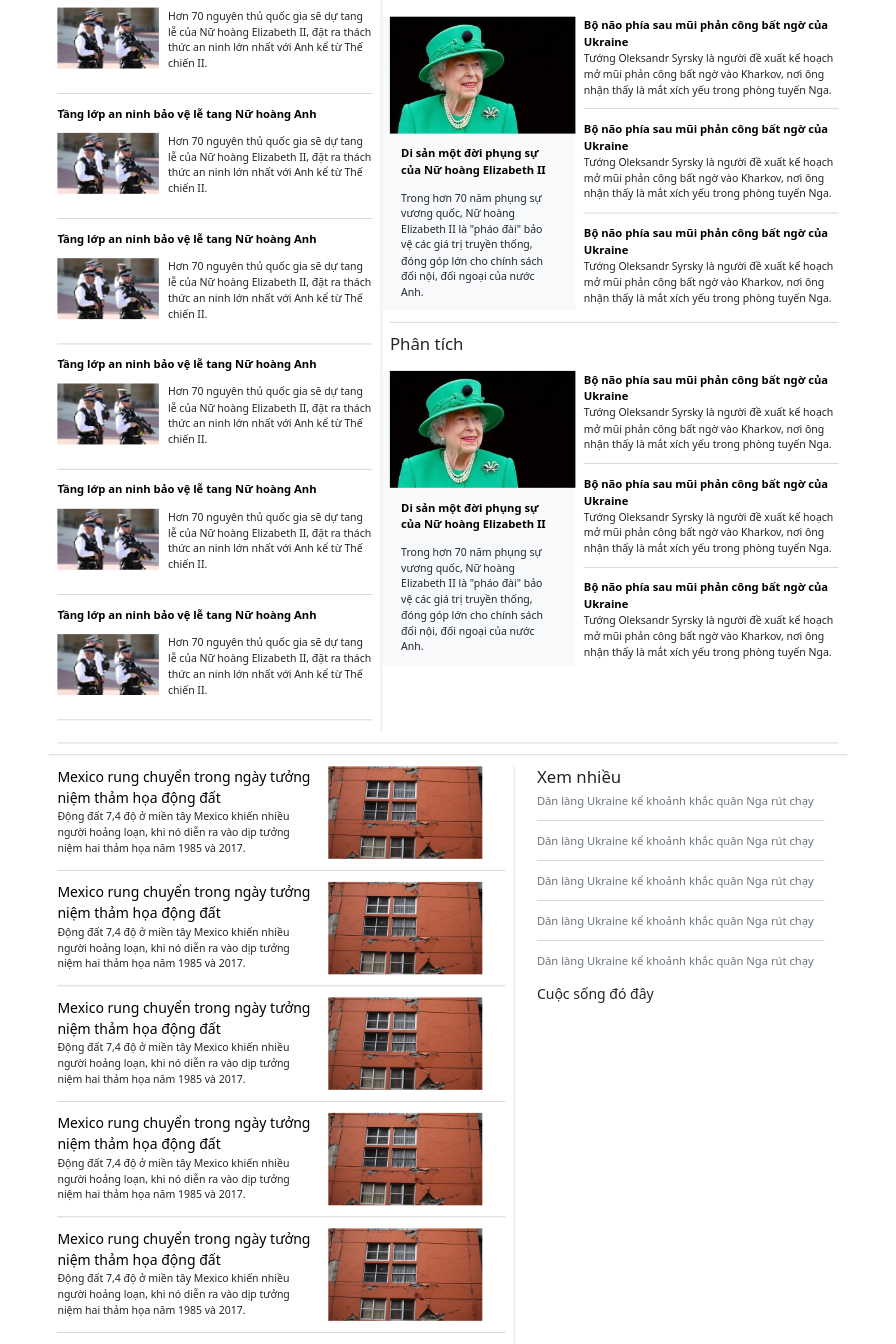
Repository: trongtamdev/lession1_html_sleepcloud
Page: vnExpress.html
The author's editor kept a copy of each file at every save. The page is drawn from the files as they stood at one save, then again after the next save.
The browser window is 1280 px wide. The pictures show the part of the page from y = 707 to 2627 px (the page is 2627 px tall), at 70% of full size.

Above is the page before, as saved 2022-09-20 15:32:39.

### vnExpress.html
<!DOCTYPE html>
<html lang="en">
  <head>
    <meta charset="UTF-8" />
    <meta http-equiv="X-UA-Compatible" content="IE=edge" />
    <meta name="viewport" content="width=device-width, initial-scale=1.0" />
    <title>VNExpress</title>
    <link href="./styles/bootstrap.css" rel="stylesheet" />
    <link href="./styles/main.css" rel="stylesheet" />
  </head>
  <body>
    <div class="container">
      <div class="row">
        <div class="col-lg-8 mt-3">
          <div class="row bg-light">
            <div class="col-8">
              <img
                class="img-fluid"
                src="./assets/vnEpressImage/spotlight.jpg"
                alt="img-spotlight"
              />
            </div>
            <div class="col-4 mt-3">
              <h4><b>Tầng lớp an ninh bảo vệ lễ tang Nữ hoàng Anh</b></h4>
              <div class="mb-3">
                Hơn 70 nguyên thủ quốc gia sẽ dự tang lễ của Nữ hoàng Elizabeth
                II, đặt ra thách thức an ninh lớn nhất với Anh kể từ Thế chiến
                II.
              </div>
              <span class="text-muted">1' trước</span>
              <span class="text-muted mx-2">Thế giới</span>
            </div>
          </div>
          <hr />
          <div class="row">
            <div class="col-4">
              <a class="title-post" href="#">
                <b>
                  Điện Kremlin nói Nga - Trung không tìm cách kiểm soát thế
                  giới</b
                >
              </a>
              <div>
                Điện Kremlin cho rằng Nga, Trung Quốc không tìm cách kiểm soát
                thế giới "như những nước khác" và tố Mỹ là nguồn cơn của các
                hành động khiêu khích.
              </div>
            </div>
            <div class="col-4">
              <a class="title-post" href="#">
                <b> Ukraine tuyên bố chọc thủng phòng tuyến ven sông của Nga</b>
              </a>
              <div>
                Quân đội Ukraine tuyên bố các binh sĩ đã vượt sông Oskil đoạn
                chảy qua tỉnh Kharkov và phá vỡ phòng tuyến của lực lượng Nga.
              </div>
            </div>
            <div class="col-4">
              <a class="title-post" href="#">
                <b> Khoảnh khắc căn phòng đổ sập trong động đất Đài Loan</b>
              </a>
              <div>
                Phòng chơi cầu lông ở phía bắc Đài Loan rung lắc dữ dội và đổ
                sập trong lúc trận động đất mạnh 6,8 độ tấn công hòn đảo.
              </div>
            </div>
          </div>
          <hr />
          <div class="">
            <span class="text-muted">Chủ đề</span>
            <a class="ms-4 title-link" href="#"
              >Nữ hoàng Anh Elizabeth II qua đời</a
            >
          </div>
          <hr />
        </div>
        <!--END: LEFT SIDE 8 SPOTLIGHT-->

        <div class="col-lg-4 mt-3">
          <div class="row mt-3">
            <div class="col-7">
              <div>Alcaraz đưa Tây Ban Nha vào tứ kết Davis Cup Finals</div>
            </div>
            <div class="col-5">
              <img class="img" src="./assets/vnEpressImage/side-picture.jpg" />
            </div>
          </div>
          <hr />
          <div class="row mt-3">
            <div class="col-7">
              <div>Alcaraz đưa Tây Ban Nha vào tứ kết Davis Cup Finals</div>
            </div>
            <div class="col-5">
              <img class="img" src="./assets/vnEpressImage/side-picture.jpg" />
            </div>
          </div>
          <hr />
          <div class="row mt-3">
            <div class="col-7">
              <div>Alcaraz đưa Tây Ban Nha vào tứ kết Davis Cup Finals</div>
            </div>
            <div class="col-5">
              <img class="img" src="./assets/vnEpressImage/side-picture.jpg" />
            </div>
          </div>
          <hr />
          <div class="row mt-3">
            <div class="col-7">
              <div>Alcaraz đưa Tây Ban Nha vào tứ kết Davis Cup Finals</div>
            </div>
            <div class="col-5">
              <img class="img" src="./assets/vnEpressImage/side-picture.jpg" />
            </div>
          </div>
          <hr />
          <div class="row mt-3">
            <div class="col-7">
              <div>Alcaraz đưa Tây Ban Nha vào tứ kết Davis Cup Finals</div>
            </div>
            <div class="col-5">
              <img class="img" src="./assets/vnEpressImage/side-picture.jpg" />
            </div>
          </div>
          <hr />
          <div class="row mt-3">
            <div class="col-7">
              <div>Alcaraz đưa Tây Ban Nha vào tứ kết Davis Cup Finals</div>
            </div>
            <div class="col-5">
              <img class="img" src="./assets/vnEpressImage/side-picture.jpg" />
            </div>
          </div>
          <hr />
        </div>
        <!--END: RIGHT SIDE 4-->
      </div>
      <!-- END: Spotlight-->
      <div class="row mt-3">
        <div class="col-lg-5 border-right">
          <div class="row">
            <a class="title-post mb-3" href="#">
              <b>Tầng lớp an ninh bảo vệ lễ tang Nữ hoàng Anh</b>
            </a>
            <div class="col-4">
              <img class="img-side" src="./assets/vnEpressImage/side.jpg" />
            </div>
            <div class="col-8">
              <div>
                <p class="side-text">
                  Hơn 70 nguyên thủ quốc gia sẽ dự tang lễ của Nữ hoàng
                  Elizabeth II, đặt ra thách thức an ninh lớn nhất với Anh kể từ
                  Thế chiến II.
                </p>
              </div>
            </div>
          </div>
          <hr />
          <div class="row">
            <a class="title-post mb-3" href="#">
              <b>Tầng lớp an ninh bảo vệ lễ tang Nữ hoàng Anh</b>
            </a>
            <div class="col-4">
              <img class="img-side" src="./assets/vnEpressImage/side.jpg" />
            </div>
            <div class="col-8">
              <div>
                <p class="side-text">
                  Hơn 70 nguyên thủ quốc gia sẽ dự tang lễ của Nữ hoàng
                  Elizabeth II, đặt ra thách thức an ninh lớn nhất với Anh kể từ
                  Thế chiến II.
                </p>
              </div>
            </div>
          </div>
          <hr />
          <div class="row">
            <a class="title-post mb-3" href="#">
              <b>Tầng lớp an ninh bảo vệ lễ tang Nữ hoàng Anh</b>
            </a>
            <div class="col-4">
              <img class="img-side" src="./assets/vnEpressImage/side.jpg" />
            </div>
            <div class="col-8">
              <div>
                <p class="side-text">
                  Hơn 70 nguyên thủ quốc gia sẽ dự tang lễ của Nữ hoàng
                  Elizabeth II, đặt ra thách thức an ninh lớn nhất với Anh kể từ
                  Thế chiến II.
                </p>
              </div>
            </div>
          </div>
          <hr />
          <div class="row">
            <a class="title-post mb-3" href="#">
              <b>Tầng lớp an ninh bảo vệ lễ tang Nữ hoàng Anh</b>
            </a>
            <div class="col-4">
              <img class="img-side" src="./assets/vnEpressImage/side.jpg" />
            </div>
            <div class="col-8">
              <div>
                <p class="side-text">
                  Hơn 70 nguyên thủ quốc gia sẽ dự tang lễ của Nữ hoàng
                  Elizabeth II, đặt ra thách thức an ninh lớn nhất với Anh kể từ
                  Thế chiến II.
                </p>
              </div>
            </div>
          </div>
          <hr />
          <div class="row">
            <a class="title-post mb-3" href="#">
              <b>Tầng lớp an ninh bảo vệ lễ tang Nữ hoàng Anh</b>
            </a>
            <div class="col-4">
              <img class="img-side" src="./assets/vnEpressImage/side.jpg" />
            </div>
            <div class="col-8">
              <div>
                <p class="side-text">
                  Hơn 70 nguyên thủ quốc gia sẽ dự tang lễ của Nữ hoàng
                  Elizabeth II, đặt ra thách thức an ninh lớn nhất với Anh kể từ
                  Thế chiến II.
                </p>
              </div>
            </div>
          </div>
          <hr />
          <div class="row">
            <a class="title-post mb-3" href="#">
              <b>Tầng lớp an ninh bảo vệ lễ tang Nữ hoàng Anh</b>
            </a>
            <div class="col-4">
              <img class="img-side" src="./assets/vnEpressImage/side.jpg" />
            </div>
            <div class="col-8">
              <div>
                <p class="side-text">
                  Hơn 70 nguyên thủ quốc gia sẽ dự tang lễ của Nữ hoàng
                  Elizabeth II, đặt ra thách thức an ninh lớn nhất với Anh kể từ
                  Thế chiến II.
                </p>
              </div>
            </div>
          </div>
          <hr />
        </div>
        <!--END: SIDE CONTENT 5-->
        <div class="col-lg-7">
          <div class="row">
            <h4>Tư liệu</h4>
            <div class="col-5 bg-light mt-3">
              <img class="img-title" src="./assets/vnEpressImage/content.jpg" />

              <div class="px-3 py-3">
                <a class="title-post" href="#">
                  <b>Di sản một đời phụng sự của Nữ hoàng Elizabeth II</b>
                </a>
                <div class="side-text mt-3">
                  Trong hơn 70 năm phụng sự vương quốc, Nữ hoàng Elizabeth II là
                  "pháo đài" bảo vệ các giá trị truyền thống, đóng góp lớn cho
                  chính sách đối nội, đối ngoại của nước Anh.
                </div>
              </div>
            </div>
            <div class="col-7 mt-3">
              <div class="row">
                <a class="title-post" href="#">
                  <b>Bộ não phía sau mũi phản công bất ngờ của Ukraine</b>
                </a>
                <div class="side-text">
                  Tướng Oleksandr Syrsky là người đề xuất kế hoạch mở mũi phản
                  công bất ngờ vào Kharkov, nơi ông nhận thấy là mắt xích yếu
                  trong phòng tuyến Nga.
                </div>
              </div>
              <hr />
              <div class="row">
                <a class="title-post" href="#">
                  <b>Bộ não phía sau mũi phản công bất ngờ của Ukraine</b>
                </a>
                <div class="side-text">
                  Tướng Oleksandr Syrsky là người đề xuất kế hoạch mở mũi phản
                  công bất ngờ vào Kharkov, nơi ông nhận thấy là mắt xích yếu
                  trong phòng tuyến Nga.
                </div>
              </div>
              <hr />
              <div class="row">
                <a class="title-post" href="#">
                  <b>Bộ não phía sau mũi phản công bất ngờ của Ukraine</b>
                </a>
                <div class="side-text">
                  Tướng Oleksandr Syrsky là người đề xuất kế hoạch mở mũi phản
                  công bất ngờ vào Kharkov, nơi ông nhận thấy là mắt xích yếu
                  trong phòng tuyến Nga.
                </div>
              </div>
            </div>
          </div>
          <hr />
          <div class="row">
            <h4>Phân tích</h4>
            <div class="col-5 bg-light mt-3">
              <img class="img-title" src="./assets/vnEpressImage/content.jpg" />

              <div class="px-3 py-3">
                <a class="title-post" href="#">
                  <b>Di sản một đời phụng sự của Nữ hoàng Elizabeth II</b>
                </a>
                <div class="side-text mt-3">
                  Trong hơn 70 năm phụng sự vương quốc, Nữ hoàng Elizabeth II là
                  "pháo đài" bảo vệ các giá trị truyền thống, đóng góp lớn cho
                  chính sách đối nội, đối ngoại của nước Anh.
                </div>
              </div>
            </div>
            <div class="col-7 mt-3">
              <div class="row">
                <a class="title-post" href="#">
                  <b>Bộ não phía sau mũi phản công bất ngờ của Ukraine</b>
                </a>
                <div class="side-text">
                  Tướng Oleksandr Syrsky là người đề xuất kế hoạch mở mũi phản
                  công bất ngờ vào Kharkov, nơi ông nhận thấy là mắt xích yếu
                  trong phòng tuyến Nga.
                </div>
              </div>
              <hr />
              <div class="row">
                <a class="title-post" href="#">
                  <b>Bộ não phía sau mũi phản công bất ngờ của Ukraine</b>
                </a>
                <div class="side-text">
                  Tướng Oleksandr Syrsky là người đề xuất kế hoạch mở mũi phản
                  công bất ngờ vào Kharkov, nơi ông nhận thấy là mắt xích yếu
                  trong phòng tuyến Nga.
                </div>
              </div>
              <hr />
              <div class="row">
                <a class="title-post" href="#">
                  <b>Bộ não phía sau mũi phản công bất ngờ của Ukraine</b>
                </a>
                <div class="side-text">
                  Tướng Oleksandr Syrsky là người đề xuất kế hoạch mở mũi phản
                  công bất ngờ vào Kharkov, nơi ông nhận thấy là mắt xích yếu
                  trong phòng tuyến Nga.
                </div>
              </div>
            </div>
          </div>
        </div>
        <!--END: CONTENT 7-->
      </div>
      <hr />
      <div class="row mt-3">
        <hr />
        <div class="col-lg-7 border-right">
          <div class="row">
            <div class="col-7">
              <a class="title-content" href="#"
                >Mexico rung chuyển trong ngày tưởng niệm thảm họa động đất</a
              >
              <div class="side-text">
                Động đất 7,4 độ ở miền tây Mexico khiến nhiều người hoảng loạn,
                khi nó diễn ra vào dịp tưởng niệm hai thảm họa năm 1985 và 2017.
              </div>
            </div>
            <div class="col-5">
              <img
                class="img-content"
                src="./assets/vnEpressImage/content-medium.jpg"
              />
            </div>
          </div>
          <hr />

          <div class="row">
            <div class="col-7">
              <a class="title-content" href="#"
                >Mexico rung chuyển trong ngày tưởng niệm thảm họa động đất</a
              >
              <div class="side-text">
                Động đất 7,4 độ ở miền tây Mexico khiến nhiều người hoảng loạn,
                khi nó diễn ra vào dịp tưởng niệm hai thảm họa năm 1985 và 2017.
              </div>
            </div>
            <div class="col-5">
              <img
                class="img-content"
                src="./assets/vnEpressImage/content-medium.jpg"
              />
            </div>
          </div>
          <hr />

          <div class="row">
            <div class="col-7">
              <a class="title-content" href="#"
                >Mexico rung chuyển trong ngày tưởng niệm thảm họa động đất</a
              >
              <div class="side-text">
                Động đất 7,4 độ ở miền tây Mexico khiến nhiều người hoảng loạn,
                khi nó diễn ra vào dịp tưởng niệm hai thảm họa năm 1985 và 2017.
              </div>
            </div>
            <div class="col-5">
              <img
                class="img-content"
                src="./assets/vnEpressImage/content-medium.jpg"
              />
            </div>
          </div>
          <hr />

          <div class="row">
            <div class="col-7">
              <a class="title-content" href="#"
                >Mexico rung chuyển trong ngày tưởng niệm thảm họa động đất</a
              >
              <div class="side-text">
                Động đất 7,4 độ ở miền tây Mexico khiến nhiều người hoảng loạn,
                khi nó diễn ra vào dịp tưởng niệm hai thảm họa năm 1985 và 2017.
              </div>
            </div>
            <div class="col-5">
              <img
                class="img-content"
                src="./assets/vnEpressImage/content-medium.jpg"
              />
            </div>
          </div>
          <hr />

          <div class="row">
            <div class="col-7">
              <a class="title-content" href="#"
                >Mexico rung chuyển trong ngày tưởng niệm thảm họa động đất</a
              >
              <div class="side-text">
                Động đất 7,4 độ ở miền tây Mexico khiến nhiều người hoảng loạn,
                khi nó diễn ra vào dịp tưởng niệm hai thảm họa năm 1985 và 2017.
              </div>
            </div>
            <div class="col-5">
              <img
                class="img-content"
                src="./assets/vnEpressImage/content-medium.jpg"
              />
            </div>
          </div>
          <hr />
        </div>
        <!--END: CONTENT LIST 7-->
        <div class="col-lg-5">
          <div class="row mx-2">
            <div class="">
              <h4>Xem nhiều</h4>
              <div class="my-2">
                <a class="text-muted" href="#"
                  >Dân làng Ukraine kể khoảnh khắc quân Nga rút chạy
                </a>
                <hr />
              </div>

              <div class="my-2">
                <a class="text-muted" href="#"
                  >Dân làng Ukraine kể khoảnh khắc quân Nga rút chạy
                </a>
                <hr />
              </div>

              <div class="my-2">
                <a class="text-muted" href="#"
                  >Dân làng Ukraine kể khoảnh khắc quân Nga rút chạy
                </a>
                <hr />
              </div>

              <div class="my-2">
                <a class="text-muted" href="#"
                  >Dân làng Ukraine kể khoảnh khắc quân Nga rút chạy
                </a>
                <hr />
              </div>

              <div class="my-2">
                <a class="text-muted" href="#"
                  >Dân làng Ukraine kể khoảnh khắc quân Nga rút chạy
                </a>
              </div>
            </div>

            <div class="mt-3">
              <h5>Cuộc sống đó đây</h5>
            </div>
          </div>
        </div>
        <!--END: CONTENT LIST SIDE 5-->
      </div>
    </div>
  </body>
</html>

### styles/main.css
.bg-blue {
    background: rgb(63,94,251);
}
.bg-gradient-blue {
    background: rgb(63,94,251);
    background: radial-gradient(circle, rgba(63,94,251,1) 0%, rgba(252,70,107,1) 100%);
}
.card-header.bg-blue {
    color: #fff;
    font-weight: bold;
}

.banner {
    background-color: #ddd;
    height: 320px;
}

img.img-frame {
    height: auto;
}
img.img-frame.small {
    width: 100px;
}
img.img-frame.bigsize {
    width: 400px;
}



/* VNExpress */
.img{
    width: 100px;
    height: 60px;

    object-fit: cover;
}

.img-side{
    width: 145px;
    height: 87px;

    object-fit: cover;
}

.img-title{
    width: 265px;
    height: 167px;
}

.img-content{
    width: 220px;
    height: 132px;
}

.side-text{
    font-size: 15px;
}

.border-right{
    border-right: 1px solid lightgray;
}

a{
    text-decoration: none;

}
.title-link{
    color: #9f224e;
}
.title-post{
    color: black;
    text-decoration: none;

    font-size: 16px;
}

.title-content{
    color: black;
    font-size: 20px;
    text-decoration: none;
    font-weight: 500;
}

Loaded but not shown: styles/bootstrap.css (library)

After the next save:
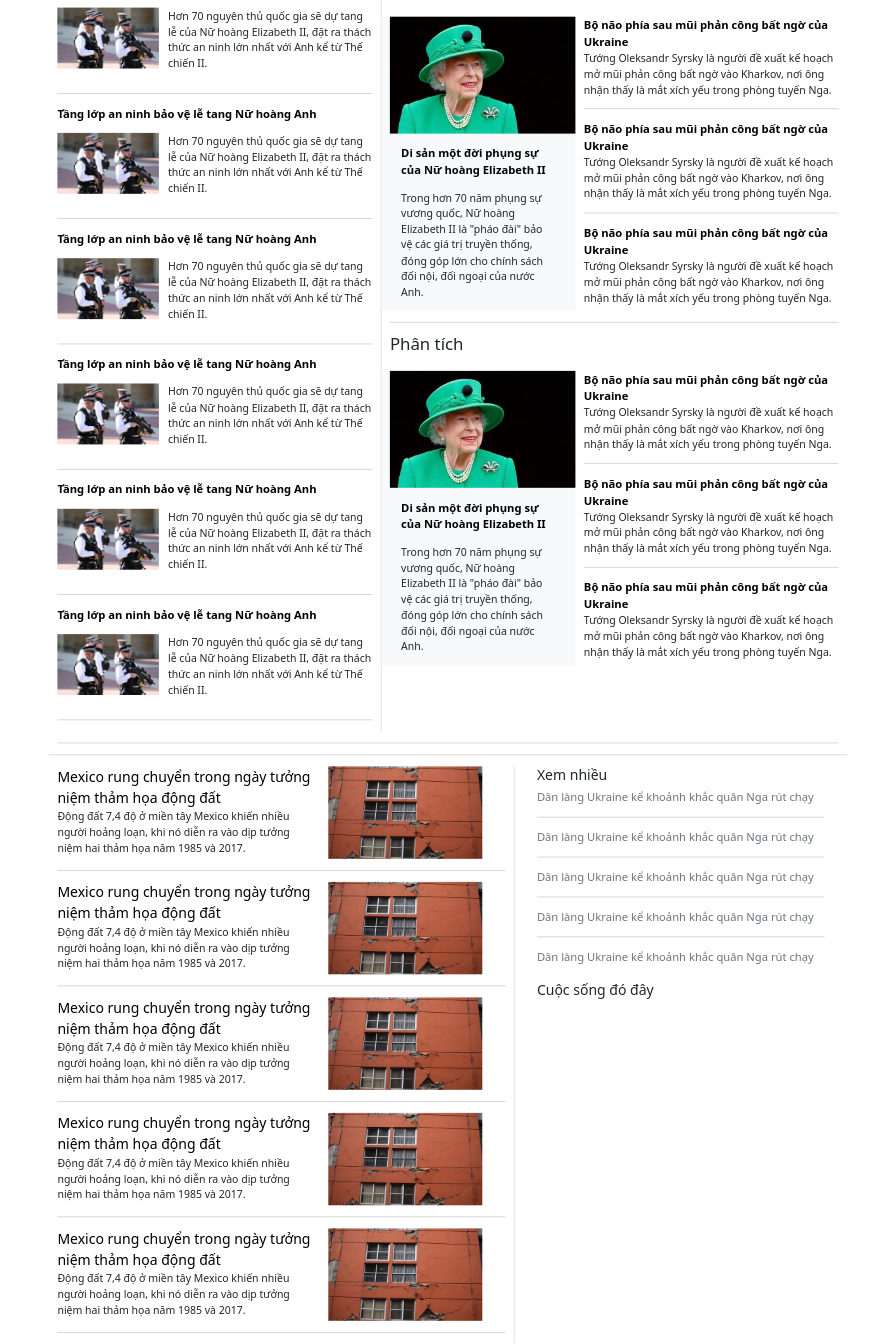
Saved 12 s later.
--- a/vnExpress.html
+++ b/vnExpress.html
@@ -457,7 +457,7 @@
         <div class="col-lg-5">
           <div class="row mx-2">
             <div class="">
-              <h4>Xem nhiều</h4>
+              <h5>Xem nhiều</h5>
               <div class="my-2">
                 <a class="text-muted" href="#"
                   >Dân làng Ukraine kể khoảnh khắc quân Nga rút chạy
